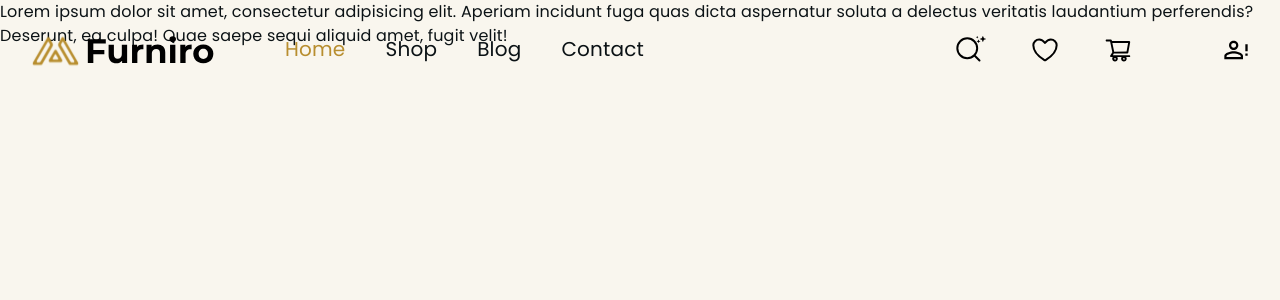
Repository: binhphanbp/furniro-interior_website
Page: index.html
The author's editor kept a copy of each file at every save. The page is drawn from the files as they stood at one save, then again after the next save.
The browser window is 1280 px wide. The pictures show the whole page.

Above is the page before, as saved 2025-02-19 23:48:16.

### index.html
<!DOCTYPE html>
<html lang="en">
  <head>
    <meta charset="UTF-8" />
    <meta name="viewport" content="width=device-width, initial-scale=1.0" />
    <title>Furniro</title>

    <!-- Favicon -->
    <link rel="shortcut icon" href="./icons/favicon.ico" type="image/x-icon" />
    <link rel="icon" href="./icons/favicon.ico" type="image/x-icon" />

    <!-- Link CSS -->
    <link rel="stylesheet" href="./src/assets/styles/main.css" />
  </head>
  <body class="homepage">
    <!-- PROGRESS BAR -->
    <div class="progress-container">
      <div class="progress-bar"></div>
    </div>

    <!-- HEADER -->

    <header class="header">
      <div class="container">
        <nav class="header__menu">
          <a class="header__logo" href="#">
            <img src="./icons/furniro-logo-type.svg" alt="logo-furniro" />
          </a>
          <ul class="header__menu-list">
            <li>
              <a href="#" class="--active">home</a>
            </li>
            <li>
              <a href="./src/pages/shop.html">shop</a>
            </li>
            <li>
              <a href="./src/pages/blog.html">blog</a>
            </li>
            <li>
              <a href="./src/pages/contact.html">contact</a>
            </li>
          </ul>
        </nav>
        <ul class="header__icons">
          <li class="header__icons-item">
            <a href="#">
              <img src="./icons/icon-search.svg" alt="icon-search" />
            </a>
          </li>
          <li class="header__icons-item">
            <a href="#">
              <img src="./icons/icon-heart.svg" alt="icon-heart" />
            </a>
          </li>
          <li class="header__icons-item">
            <a href="#"> <img src="./icons/icon-cart.svg" alt="icon-cart" /></a>
          </li>
          <li class="header__icons-item"></li>

          <a href="#">
            <img src="./icons/icon-account-alert.svg" alt="icon-account" />
          </a>
        </ul>
      </div>
    </header>

    <!-- MAIN -->
    <main class="main">
      <p>
        Lorem ipsum dolor sit amet, consectetur adipisicing elit. Aperiam
        incidunt fuga quas dicta aspernatur soluta a delectus veritatis
        laudantium perferendis? Deserunt, ea culpa! Quae saepe sequi aliquid
        amet, fugit velit!
      </p>
      <!-- Section Hero -->
      <section class="schero">
        <div class="container"></div>
      </section>

      <!-- Section Menu -->
      <section class="scmenu">
        <div class="container"></div>
      </section>

      <!-- Section Services -->
      <section class="scservices">
        <div class="container"></div>
      </section>

      <!-- Section Delivery -->
      <section class="scdelivery">
        <div class="container"></div>
      </section>

      <!-- Section Our Customers -->
      <section class="sccustomers">
        <div class="container"></div>
      </section>

      <!-- Section Our Blog -->
      <section class="scblog">
        <div class="container"></div>
      </section>
    </main>

    <!-- FOOTER -->
    <footer class="footer">
      <div class="container"></div>
    </footer>

    <!-- JavaScript -->
    <script type="module" src="./src/scripts/main.js"></script>
  </body>
</html>

### src/assets/styles/main.css
/* Reset CSS */
@import './base/reset.css';

/* Font */
@import './base/variables.css';
@import './base/fonts.css';

/* Layouts (General Structure) */
@import './base/layouts.css';

/* Components */
@import './components/header.css';
@import './components/footer.css';
@import './components/components.css';

/* Pages */
@import './pages/home.css';
@import './pages/shop.css';
@import './pages/shop-details.css';
@import './pages/cart.css';
@import './pages/checkout.css';
@import './pages/product-comparison.css';
@import './pages/blog.css';
@import './pages/contact.css';

### src/assets/styles/base/reset.css
* {
  margin: 0;
  padding: 0;
  border: 0;
  font-size: 100%;
  font: inherit;
  vertical-align: baseline;
  box-sizing: border-box;
}
body {
  line-height: 1;
}
ol,
ul {
  list-style: none;
}
blockquote,
q {
  quotes: none;
}
blockquote:before,
blockquote:after,
q:before,
q:after {
  content: '';
  content: none;
}
table {
  border-collapse: collapse;
  border-spacing: 0;
}
img,
object,
embed {
  max-width: 100%;
}

a {
  text-decoration: none;
  outline: 0;
}
strong {
  font-family: db;
}
sub {
  vertical-align: sub;
  font-size: smaller;
}
sup {
  vertical-align: super;
  font-size: smaller;
}

### src/assets/styles/base/variables.css
:root {
  /* Page Setting Variables */
  --max-width-page: 2560px;
  --max-width-container-fluid: 1920px;
  --max-width-container: calc(1236px + calc(var(--gap) * 2));

  --gap: 30px;
  --pd-left-right: 20px;

  /* Color Variables */
  --primary-cl: #b88e2f;
  --primary-cl-hover: #d3ac51;
  --secondary-cl: #fff3e3;
  --tertiary-cl: #f3e9dc;

  --white-page-cl: #f9f6ee;
  --black-cl: #0b1215;

  --gray-dark-cl: #898989;
  --gray-light-cl: #9f9f9f;
  --product-hover: #3a3a3a;

  --red-cl: #e97171;
  --green-cl: #2ec1ac;
  --purple-cl: #816dfa;

  /* Font-size, Line-height, Letter-spacing Variables: */
  --fs-h1: 5.6rem;
  --lh-h1: 6.5rem;
  --ls-h1: 2px;

  --fs-h2: 4rem;
  --lh-h2: 4.8rem;
  --ls-h2: 0.25px;

  --fs-h3: 2.4rem;
  --lh-h3: 2.8rem;
  --ls-h3: 0.1px;

  --fs-text-button: 1.6rem;
  --lh-text-button: 2.4rem;
  --ls-text-button: 0.2px;

  --fs-body: 1.6rem;
  --lh-body: 2.4rem;
  --ls-body: 0.2px;

  /* Fonts: */
  --font-body: ppr;
  --font-body-light: ppl;
  --font-body-medium: ppm;
  --font-body-semibold: ppsb;
  --font-body-bold: ppb;

  /* General Variables */
  --height-header: 100px;
  --height-footer: 505px;
  --height-button: 48px;
  --height-button-medium: 64px;
  --height-button-large: 74px;
  --pd-section: 60px;

  /* Timing Transition Variables: */
  --duration: 0.4s;
  --cubic: cubic-bezier(0.59, 0.29, 0.15, 0.93);
}

### src/assets/styles/base/fonts.css
@font-face {
  font-family: 'ppl';
  src: url('../../fonts/Poppins-Light.woff2') format('woff2'),
    url('../../fonts/Poppins-Light.woff') format('woff');
  font-weight: 300;
  font-style: normal;
  font-display: swap;
}

@font-face {
  font-family: 'ppr';
  src: url('../../fonts/Poppins-Regular.woff2') format('woff2'),
    url('../../fonts/Poppins-Regular.woff') format('woff');
  font-weight: normal;
  font-style: normal;
  font-display: swap;
}

@font-face {
  font-family: 'ppm';
  src: url('../../fonts/Poppins-Medium.woff2') format('woff2'),
    url('../../fonts/Poppins-Medium.woff') format('woff');
  font-weight: 500;
  font-style: normal;
  font-display: swap;
}

@font-face {
  font-family: 'ppsb';
  src: url('../../fonts/Poppins-SemiBold.woff2') format('woff2'),
    url('../../fonts/Poppins-SemiBold.woff') format('woff');
  font-weight: 600;
  font-style: normal;
  font-display: swap;
}

@font-face {
  font-family: 'ppb';
  src: url('../../fonts/Poppins-Bold.woff2') format('woff2'),
    url('../../fonts/Poppins-Bold.woff') format('woff');
  font-weight: bold;
  font-style: normal;
  font-display: swap;
}

### src/assets/styles/base/layouts.css
html {
  font-size: 62.5%;

  scroll-behavior: smooth;

  /* CUSTOM SCROLLBAR */
  /* width */
  ::-webkit-scrollbar {
    width: 10px;
  }
  /* Track */
  ::-webkit-scrollbar-track {
    background: var(--gray-light-cl);
  }
  /* Handle */
  ::-webkit-scrollbar-thumb {
    background: var(--primary-cl);
    border-radius: 40px;
  }
  /* Handle on hover */
  ::-webkit-scrollbar-thumb:hover {
    background: var(--gray-dark-cl);
  }

  /* Custom background-color text selection */
  ::-moz-selection {
    color: var(--white-page-cl);
    background: var(--primary-cl);
  }
  ::selection {
    color: var(--white-page-cl);
    background: var(--primary-cl);
  }
}

body {
  background-color: var(--white-page-cl);
  width: 100%;
  max-width: var(--max-width-page);
  margin: auto;

  color: var(--black-cl);
  font-family: var(--font-body);
  font-size: var(--fs-body);
  line-height: var(--lh-body);
  letter-spacing: var(--ls-body);
}

.container-fluid {
  width: 100%;
  max-width: var(--max-width-container-fluid);
  padding-right: var(--gap);
  padding-left: var(--gap);
  margin-right: auto;
  margin-left: auto;
  position: relative;
}

.container {
  width: 100%;
  max-width: var(--max-width-container);
  padding-right: var(--gap);
  padding-left: var(--gap);
  margin-right: auto;
  margin-left: auto;
  position: relative;
}

.main {
  position: relative;
}

section .ptb {
  padding: var(--pd-section) 0;
}
section .pt {
  padding: var(--pd-section);
}
section .pb {
  padding: var(--pd-section);
}

### src/assets/styles/components/header.css
.header {
  position: absolute;
  top: 0;
  z-index: 3;
  width: 100%;
  max-width: var(--max-width-page);
  height: var(--height-header);
}

.header .container {
  display: flex;
  align-items: center;
  justify-content: space-between;
  height: 100%;
}

.header .header__menu {
  display: flex;
  align-items: center;
  gap: 50px;
}

/* Header Menu */
.header .header__menu .header__menu-list {
  display: flex;
}

.header .header__menu .header__menu-list li a {
  padding: 8px var(--pd-left-right);
  text-transform: capitalize;
  font-size: 2rem;
  color: var(--black-cl);
  text-wrap: nowrap;
  cursor: pointer;

  transition: var(--duration);
  -webkit-transition: var(--duration);
  -moz-transition: var(--duration);
  -ms-transition: var(--duration);
  -o-transition: var(--duration);
}
.header .header__menu .header__menu-list li a:hover,
.header .header__menu .header__menu-list li a.--active {
  color: var(--primary-cl);
}

.header .header__menu .header__menu-list li a::after {
  content: '';
  display: block;
  /* width: calc(100% - calc(var(--padding-lf) * 2)); */
  width: 0;
  height: 2px;
  background-color: var(--primary-cl);
  position: absolute;
  bottom: 0;
  left: 50%;
  transform: translateX(-50%);

  transition: var(--duration);
  -webkit-transition: var(--duration);
  -moz-transition: var(--duration);
  -ms-transition: var(--duration);
  -o-transition: var(--duration);
}
.header .header__menu .header__menu-list li a::after:hover,
.header .header__menu .header__menu-list li a::after.--active {
  width: calc(100% - calc(var(--pd-left-right) * 2));
}

/* Header Icons */
.header .header__icons {
  display: flex;
  gap: 45px;
}

### src/assets/styles/components/components.css
img {
  max-width: 100%;
  -webkit-user-select: none;
  -moz-user-select: none;
  -ms-user-select: none;
  user-select: none;
  display: block;
  outline: 0;
  object-fit: contain;
}

img .--center {
  margin: 0 auto;
  display: block;
}

.--hidden {
  display: none;
}

.--disable-scroll {
  height: 100vh;
  overflow: hidden;
}

/* Progress Bar */
.progress-container {
  position: fixed;
  top: 0;
  left: 0;
  width: 100%;
  height: 5px;
  background: var(--white-page-cl);
}

.progress-bar {
  height: 100%;
  background: var(--primary-cl);
  width: 0%;

  /* Scroll-driven animation */
  animation: grow linear;
  animation-timeline: scroll();
}

@keyframes grow {
  from {
    width: 0%;
  }
  to {
    width: 100%;
  }
}

/* Heading */
.heading {
  font-family: prb;
  color: var(--black-cl);
  text-transform: uppercase;
}
.heading .--h1 {
  font-size: var(--fs-h1);
  line-height: var(--lh-h1);
  letter-spacing: var(--ls-h1);
}
.heading .--h2 {
  font-size: var(--fs-h2);
  line-height: var(--lh-h2);
  letter-spacing: var(--ls-h2);
}
.heading .--h3 {
  font-size: var(--fs-h3);
  line-height: var(--lh-h3);
  letter-spacing: var(--ls-h3);
}
.heading .--primary-cl {
  color: var(--primary-cl);
}
.heading .--gray-light-cl {
  color: var(--gray-light-cl);
}

.textbutton {
  font-family: var(--font-body-semibold);
  font-size: var(--fs-text-button);
  line-height: var(--lh-text-button);
  letter-spacing: var(--ls-text-button);
}
/* Textbox */
.textbox .--align-center {
  text-align: center;
}

.textbox .desc {
  margin-top: 10px;
  color: var(--gray-dark-cl);
}

/* BUTTON */
.btn {
  display: inline-flex;
  align-items: center;
  justify-content: center;
  gap: 10px;
  padding: 0 36px;

  height: var(--height-button);
  font-family: var(--font-body-semibold);
  border: var(--primary-cl) solid 1px;
  background-color: var(--primary-cl);
  color: var(--white-page-cl);

  white-space: nowrap;
  cursor: pointer;
  transition: var(--duration);
  -webkit-transition: var(--duration);
  -moz-transition: var(--duration);
  -ms-transition: var(--duration);
  -o-transition: var(--duration);
}
.btn:hover {
  border: var(--white-page-cl) solid 1px;
  background-color: var(--primary-cl);
  color: var(--primary-cl);
}

.btn .--large {
  height: var(--height-button-large);
  padding: 0 72px;

  font-family: var(--font-body-bold);
  text-transform: uppercase;
}

.btn .--stroke {
  height: 48px;
  padding: 0 78px;
  background-color: transparent;
  color: var(--primary-cl);
  stroke: 1px solid var(--primary-cl);
}
.btn .--stroke:hover {
  background-color: var(--primary-cl);
  color: var(--white-page-cl);
}

.btn .--stroke-black {
  height: 48px;
  padding: 0 48px;
  background-color: transparent;
  color: var(--black-cl);
  stroke: 1px solid var(--black-cl);
}
.btn .--stroke-black:hover {
  background-color: var(--black-cl);
  color: var(--white-page-cl);
}

/* Button Pagination */
.btn-pagination {
  height: 60px;
  padding: 0 27px;

  background-color: var(--secondary-cl);
  color: var(--black-cl);
}
.btn-pagination:hover {
  background-color: var(--primary-cl-hover);
  color: var(--white-page-cl);
}
.btn-pagination .--active {
  background-color: var(--primary-cl);
  color: var(--white-page-cl);
}

Loaded but not shown: src/scripts/main.js (no stored copy; drawn as an empty file); src/assets/styles/components/footer.css (no stored copy; drawn as an empty file); src/assets/styles/pages/home.css (no stored copy; drawn as an empty file); src/assets/styles/pages/shop.css (no stored copy; drawn as an empty file); src/assets/styles/pages/shop-details.css (no stored copy; drawn as an empty file); src/assets/styles/pages/cart.css (no stored copy; drawn as an empty file); src/assets/styles/pages/checkout.css (no stored copy; drawn as an empty file); src/assets/styles/pages/product-comparison.css (no stored copy; drawn as an empty file); src/assets/styles/pages/blog.css (no stored copy; drawn as an empty file); src/assets/styles/pages/contact.css (no stored copy; drawn as an empty file)

After the next save:
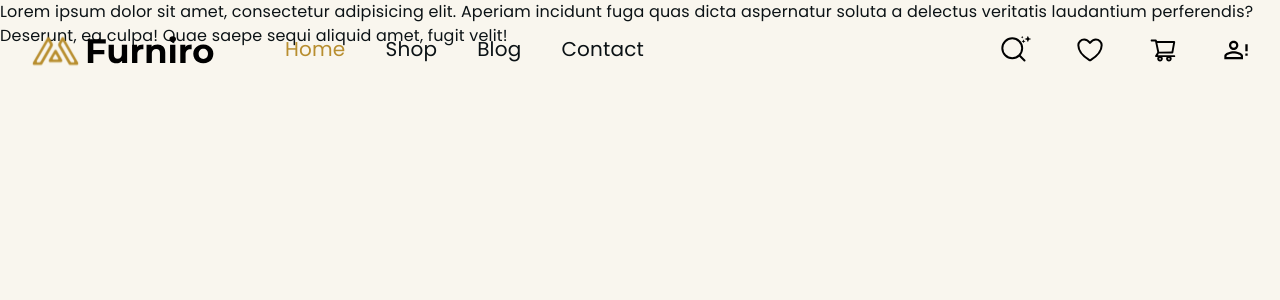
Saved 6 s later.
--- a/index.html
+++ b/index.html
@@ -55,11 +55,11 @@
           <li class="header__icons-item">
             <a href="#"> <img src="./icons/icon-cart.svg" alt="icon-cart" /></a>
           </li>
-          <li class="header__icons-item"></li>
-
-          <a href="#">
-            <img src="./icons/icon-account-alert.svg" alt="icon-account" />
-          </a>
+          <li class="header__icons-item">
+            <a href="#">
+              <img src="./icons/icon-account-alert.svg" alt="icon-account" />
+            </a>
+          </li>
         </ul>
       </div>
     </header>
